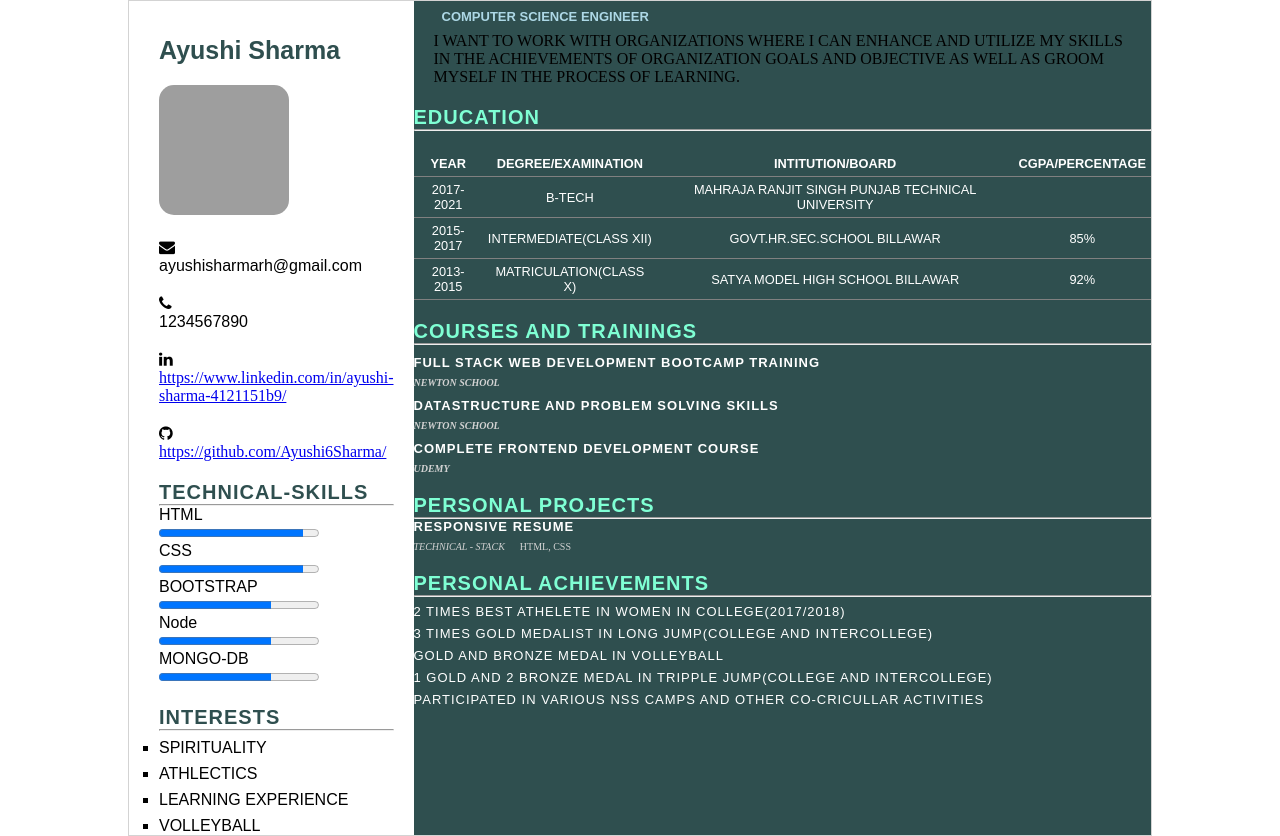
Repository: Ayushi6Sharma/Resume
Page: index.html
These files come from the project's save history. The page is drawn as it stood at one moment and after the next save; the edit follows.
The browser window is 1280 px wide. The pictures show the whole page.
Pictures or frames that could not be fetched are drawn as grey boxes.

Above is the page before, as saved 2022-05-05 00:18:26.

### index.html
<!DOCTYPE html>
<html lang="en">
    <head>
        <meta charset="utf-8">
        <meta http-equiv="X-UA-Compatible" content="IE=edge">
        <meta name="viewport" content="width=device-width, initial-scale=1">
        <meta name="description" content="Responsive resume for companies">
        <meta name="author" content="Ayushi Sharma">
        <div class="profile-linkedin"></div>
        <link rel="stylesheet" href="style.css">
        <!-- <link rel="stylesheet" href="https://cdn.jsdelivr.net/npm/@fortawesome/fontawesome-free@5.15.4/css/fontawesome.min.css" integrity="sha384-jLKHWM3JRmfMU0A5x5AkjWkw/EYfGUAGagvnfryNV3F9VqM98XiIH7VBGVoxVSc7" crossorigin="anonymous"> -->
        <!-- <link href="https://cdnjs.cloudflare.com/ajax/libs/font-awesome/5.13.0/css/all.min.css" rel="stylesheet"> -->
        <link rel="stylesheet" href="https://stackpath.bootstrapcdn.com/font-awesome/4.7.0/css/font-awesome.min.css" integrity="sha384-wvfXpqpZZVQGK6TAh5PVlGOfQNHSoD2xbE+QkPxCAFlNEevoEH3Sl0sibVcOQVnN" crossorigin="anonymous">
        <title>Resume</title>
    </head>
    <body>
        <main class="main-content" contenteditable="false">
            <section>
                <div class="left-main-content">
                    <!-- Profile data -->
                    <div class="profile-data">
                        <div class="name">Ayushi Sharma</div>
                        <div class="profile-image">
                           <img src="https://d3dyfaf3iutrxo.cloudfront.net/thumbnail/user/6c8447b7ed274991ae4f61d43667a32b.jpeg" class="img">
                        </div>
                        <div class="profile-email">
                            <div class="email-icon">
                                <i class="fa fa-envelope"></i>
                            </div>
                            <div class="email-address">
                                ayushisharmarh@gmail.com
                            </div>
                        </div>
                        <div class="profile-contact">
                            <div class="phone-icon">
                                <i class="fa fa-phone"></i>
                            </div>
                            <div class="phone-number">
                                1234567890
                            </div>
                        </div>
                        <div class="profile-linkedin">
                            <div class="linkedid-icon">
                                <i class="fa fa-linkedin"></i>
                            </div>
                            <div class="linkedin-account">
                                <a href="https://www.linkedin.com/in/ayushi-sharma-4121151b9/">https://www.linkedin.com/in/ayushi-sharma-4121151b9/</a>
                            </div>
                        </div>
                        <div class="profile-github">
                            <div class="github-icon">
                                <i class="fa fa-github"></i>
                            </div>
                            <div class="github account-account">
                               <a href="https://github.com/Ayushi6Sharma/">https://github.com/Ayushi6Sharma/</a>
                            </div>
                        </div>
                    </div>
                    <!-- Technical Skills -->
                    <div class="technical-skills">
                        <div class="title">
                            TECHNICAL-SKILLS
                        </div>
                        <hr>
                        <div class="skills">
                            <div class="skill-item">
                                HTML
                            </div>
                            <div class="skill-knowledge">
                                <progress value="90" max="100" class="bar"></progress>
                            </div>
                        </div>
                        <div class="skills">
                            <div class="skill-item">
                                CSS
                            </div>
                            <div class="skill-knowledge">
                                <progress value="90" max="100" class="bar"></progress>
                            </div>
                        </div>
                        <div class="skills">
                            <div class="skill-item">
                                BOOTSTRAP
                            </div>
                            <div class="skill-knowledge">
                                <progress value="70" max="100" class="bar"></progress>
                            </div>
                        </div>
                        <div class="skills">
                            <div class="skill-item">
                                Node
                            </div>
                            <div class="skill-knowledge">
                                <progress value="70" max="100" class="bar"></progress>
                            </div>
                        </div>
                        <div class="skills">
                            <div class="skill-item">
                                MONGO-DB
                            </div>
                            <div class="skill-knowledge">
                                <progress value="70" max="100" class="bar"></progress>
                            </div>
                        </div>
                    </div>
                    <!-- Interests -->
                    <div class="Interests">
                        <div class="title">
                            INTERESTS
                        </div>
                        <hr>
                        <ol class="interest-items">
                            <li>SPIRITUALITY</li>
                            <li>ATHLECTICS</li>
                            <li>LEARNING EXPERIENCE</li>
                            <li>VOLLEYBALL</li>
                        </ol>
                    </div>
                </div>
            </section>
            <!-- section 2 -->
            <section class="section2">
                <div class="right-main-content">

                         <div class="stream">COMPUTER SCIENCE ENGINEER</div>
                             I WANT TO WORK WITH ORGANIZATIONS WHERE I CAN ENHANCE AND UTILIZE MY SKILLS IN THE ACHIEVEMENTS OF
                             ORGANIZATION GOALS AND OBJECTIVE AS WELL AS GROOM MYSELF IN THE PROCESS OF LEARNING.
                         </p>
                     </div>
                     <div class="education">
                         <div class="title-right">
                             EDUCATION
                         </div>
                         <hr>
                         <div class="eduction-table">
                             <table>
                                 <thead>
                                     <tr>
                                         <th>YEAR</th>
                                         <th>DEGREE/EXAMINATION</th>
                                         <th>INTITUTION/BOARD</th>
                                         <th>CGPA/PERCENTAGE</th>
                                     </tr>
                                 </thead>
                                 <tr>
                                     <td>
                                         2017-2021
                                     </td>
                                     <td>
                                        B-TECH
                                     </td>
                                     <td>MAHRAJA RANJIT SINGH PUNJAB TECHNICAL UNIVERSITY</td>
                                     <td></td>
                                 </tr>
                                 <tr>
                                    <td>
                                        2015-2017
                                    </td>
                                    <td>
                                       INTERMEDIATE(CLASS XII)
                                    </td>
                                    <td>GOVT.HR.SEC.SCHOOL BILLAWAR</td>
                                    <td>
                                        85%
                                    </td>
                                </tr>
                                <tr>
                                    <td>
                                        2013-2015
                                    </td>
                                    <td>
                                       MATRICULATION(CLASS X)
                                    </td>
                                    <td>SATYA MODEL HIGH SCHOOL BILLAWAR</td>
                                    <td>
                                        92%
                                    </td>
                                </tr>
                             </table>
                         </div>
                     </div>
                     <div class="courses-and-trainings">
                         <div class="title-right">COURSES AND TRAININGS</div>
                         <hr>
                        <div class="training-1">
                            <dl>
                                <dt class="training-name">
                                    FULL STACK WEB DEVELOPMENT BOOTCAMP TRAINING
                                </dt>
                                <dd class="training-place">
                                    <i>NEWTON SCHOOL</i>
                                </dd>
                            </dl>
                        </div>
                        <div class="training-1">
                            <dl>
                                <dt class="training-name">
                                    DATASTRUCTURE AND PROBLEM SOLVING SKILLS
                                </dt>
                                <dd class="training-place">
                                    <i>NEWTON SCHOOL</i>
                                </dd>
                            </dl>
                        </div>
                        <div class="training-1">
                            <dl>
                                <dt class="training-name">
                                    COMPLETE FRONTEND DEVELOPMENT COURSE
                                </dt>
                                <dd class="training-place">
                                    <i>UDEMY</i>
                                </dd>
                            </dl>
                        </div>
                     </div>
                     <div class="personal-projects">
                        <div class="title-right">
                            PERSONAL PROJECTS
                        </div>
                        <hr>
                        <div class="project">
                            <dl>
                                <dt class="project-name">RESPONSIVE RESUME</dt>
                                <dd class="tech-stack">
                                    <i>TECHNICAL - STACK</i>
                                    <span>&emsp; HTML, CSS<span>
                                </dd>
                            </dl>
                        </div>
                     </div>
                     <div class="personal-achievements">
                        <div class="title-right">
                            PERSONAL ACHIEVEMENTS
                        </div>
                        <hr>
                        <ol class="achievements">
                            <li>2 TIMES BEST ATHELETE IN WOMEN IN COLLEGE<span class="ach-data">(2017/2018)<span></li>
                            <li>3 TIMES GOLD MEDALIST IN LONG JUMP<span class="ach-data">(COLLEGE AND INTERCOLLEGE)<span></li>
                            <li>GOLD AND BRONZE MEDAL IN VOLLEYBALL</li>
                            <li>1 GOLD AND 2 BRONZE MEDAL IN TRIPPLE JUMP<span class="ach-data">(COLLEGE AND INTERCOLLEGE)</span></li>
                            <li>PARTICIPATED IN VARIOUS NSS CAMPS AND OTHER CO-CRICULLAR ACTIVITIES</li>
                        </ol>
                     </div>

                </div>
            </section>
        </main>
    </body>
</html>

### style.css
*
{
    margin:0px;
    padding:0px;
    box-sizing: border-box;
}
.section{
    padding-left: 20px;
}
.main-content
{
    display: grid;
    grid-template-columns:1fr 3fr;
    width:80%;
    margin: auto;
    border:1px solid lightgrey;
}
.left-main-content
 {
     /* grid-column: span 1; */
    padding-left: 30px;
    padding-right: 20px;
}
.section2
{
    background-color:#2F4F4F;
}
.right-main-content
{
    /* grid-column: span 1/span 2; */
    padding-left:20px;
    padding-right: 20px;
    background-color:#2F4F4F;
}
.profile-data > div{
    margin-top: 20px;
}
/* profile data */
.img
{
    width:130px;
    height:130px;
    border-radius:15px;
}
.email-address{
    font-size: 16px;
    font-family: sans-serif;
}
.phone-number
{
    font-size: 16px;
    font-family: sans-serif;
}
.skill-item
{
    font-family: sans-serif;
}
.interest-items > li
{
    font-family: sans-serif;
    font-size: 16px;
    padding-top: 8px;
}
/* technical skills */
.title{
    margin-top: 20px;
    font-weight: bold;
    font-size: 20px;
    letter-spacing: 1px;
    font-family: sans-serif;
    color:#2F4F4F;
}
.title-right{
    margin-top: 20px;
    font-weight: bold;
    font-size: 20px;
    letter-spacing: 1px;
    font-family: sans-serif;
    color:aquamarine;
}
/* Interest */
.interest-items{
    list-style-type: square;
    font-size: 13px;
    font-family: sans-serif;
}
/* Right main content */
.name
{
    font-weight:bolder;
    font-size:25px;
    font-family: sans-serif;
    padding-top: 15px;
    color:#2F4F4F;
}
.stream
{
    color: lightblue;
    font-family: sans-serif;
    font-size: 13px;
    padding: 8px;
    font-weight: bold;
}
.details
{
    font-size: 11px;
    font-family: sans-serif;
    font-weight: bold;
    letter-spacing: 1px;
    color:white;
}
/* EDUCTAION */
.eduction-table
{
    margin-top: 20px;
}
table,th,td
{
    border-bottom:1px solid grey;
    border-collapse: collapse;
    text-align: center;
    padding:5px;
    font-size: 1vw;
    font-family: sans-serif;
    color:white;
}
/* TRIANING AND COURSES */
.training-name
{
    font-weight: bold;
    font-size:13px;
    font-family: sans-serif;
    color:white;
    letter-spacing: 1px;
    padding-top: 10px;
}
.training-place
{
    font-weight: bold;
    font-size: 10px;
    color:lightgrey;
    padding-top: 7px;
}
/* PROJECTS */
.project-name
{
    letter-spacing: 1px;
    font-weight: bold;
    font-size:13px;
    font-family: sans-serif;
    color:white;
}
.tech-stack
{
    color:lightgrey;
    font-size: 10px;
    padding-top: 7px;
}
.stack-name li
{
    list-style-type: square;
}
/* ACHIEVEMENTS */
.achievements
{
    list-style-type: square;
    font-size: 13px;
    font-family:sans-serif;
    letter-spacing: 1px;
}
.achievements li
{
    padding-top: 7px;
    color:white;
    /* padding-bottom: 20px; */
}
/* media queries for responsive page */

@media only screen and (max-width:480px)
{   .main-content
    {
        grid-template-columns:repeat(1,1fr);
        width:100%;
    }
    .title
    {
        font-size: 15px;
    }
    th,td
    {
        font-size:10px;
        padding: 2px;
    }
    .training-name
    {
        font-size:10px;
    }
    .training-place
    {
        font-size: 8px;
    }
}
@media only screen and (min-width:481px) and (max-width:768px)
{
    .main-content
    {
        grid-template-columns:repeat(1,1fr);
        width:100%;
    }
    .title
    {
        font-size: 18px;
    }
    table,th,td
    {
        font-size: 10px;
    }
    .training-name
    {
        font-size:12px;
    }
    .training-place
    {
        font-size: 9px;
    }
}
@media only screen and (min-width:481px) and (max-width:768px)
{
    th,td
    {
        font-size: 10px;
        padding: 5px;
    }
}

After the next save:
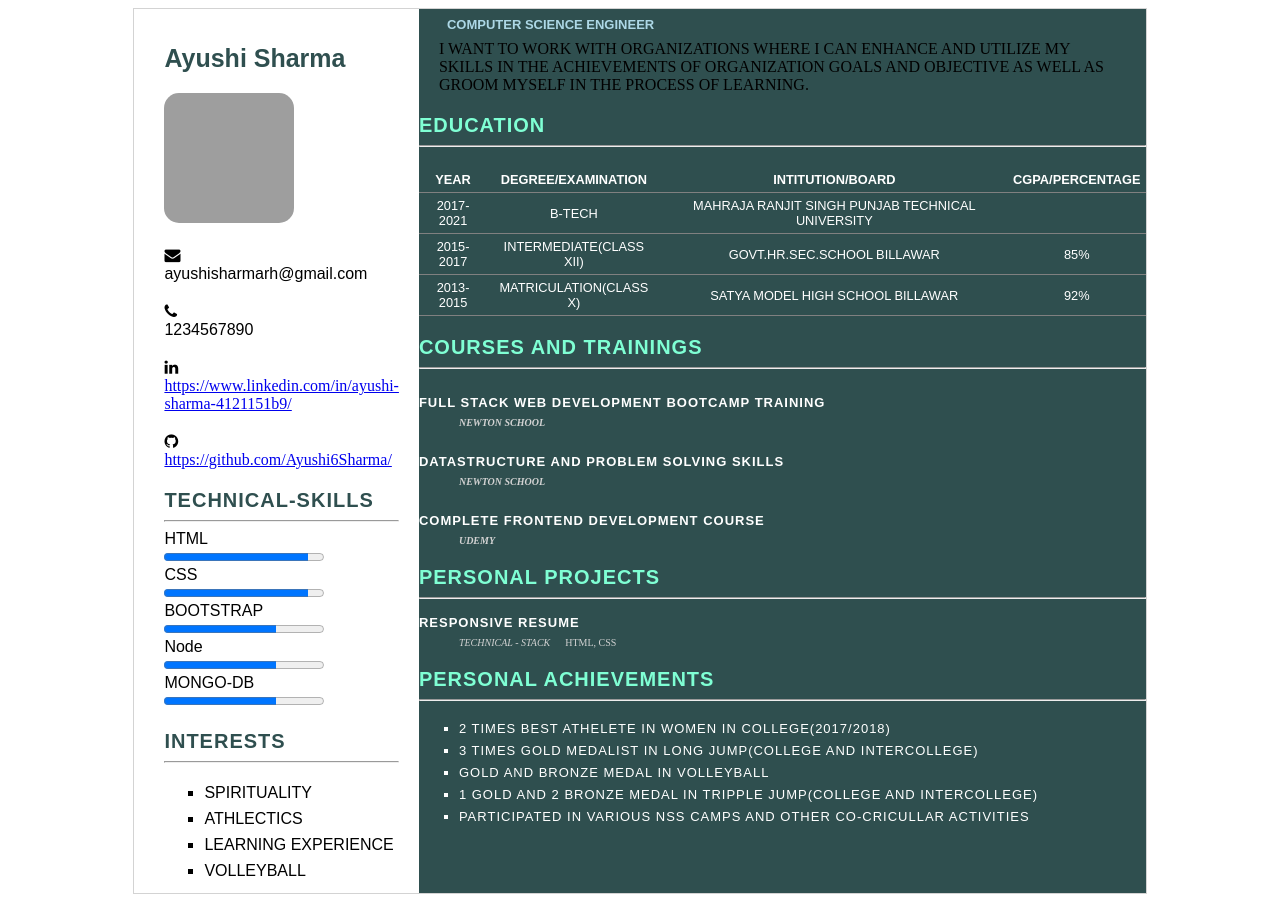
Saved 60 s later.
--- a/style.css
+++ b/style.css
@@ -1,12 +1,9 @@
-*
+/* *
 {
     margin:0px;
     padding:0px;
     box-sizing: border-box;
-}
-.section{
-    padding-left: 20px;
-}
+} */
 .main-content
 {
     display: grid;

After the save that followed:
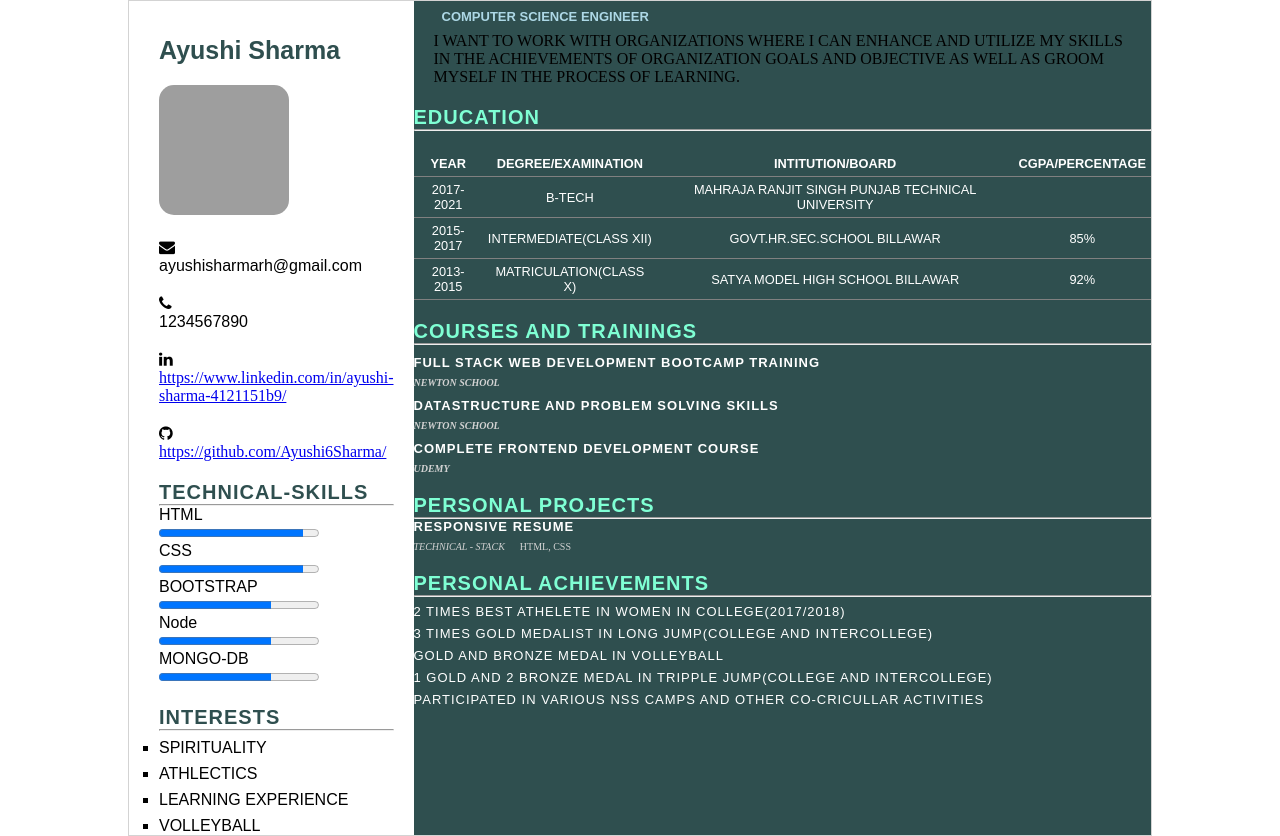
Saved 117 s later.
--- a/style.css
+++ b/style.css
@@ -1,9 +1,9 @@
-/* *
+*
 {
     margin:0px;
     padding:0px;
     box-sizing: border-box;
-} */
+}
 .main-content
 {
     display: grid;
@@ -24,15 +24,21 @@
 }
 .right-main-content
 {
-    /* grid-column: span 1/span 2; */
     padding-left:20px;
     padding-right: 20px;
-    background-color:#2F4F4F;
 }
 .profile-data > div{
     margin-top: 20px;
 }
 /* profile data */
+.name
+{
+    font-weight:bolder;
+    font-size:25px;
+    font-family: sans-serif;
+    padding-top: 15px;
+    color:#2F4F4F;
+}
 .img
 {
     width:130px;
@@ -82,14 +88,6 @@
     font-family: sans-serif;
 }
 /* Right main content */
-.name
-{
-    font-weight:bolder;
-    font-size:25px;
-    font-family: sans-serif;
-    padding-top: 15px;
-    color:#2F4F4F;
-}
 .stream
 {
     color: lightblue;
